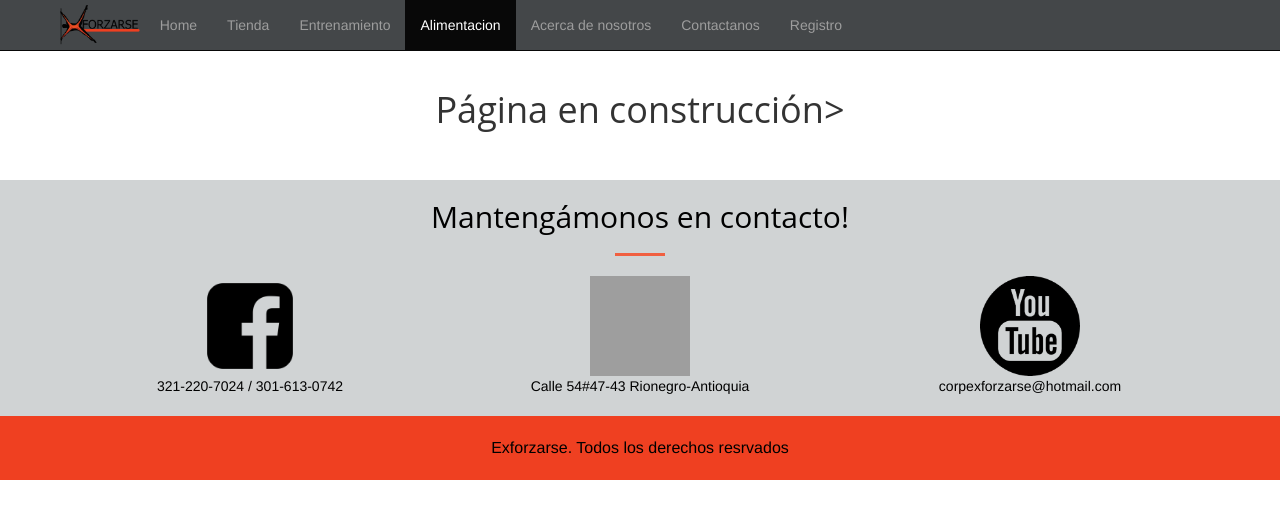
Repository: mahc36/exforzarse
Page: Exforzarse/WebContent/paginas/dietas.html
An editor plug-in stored every save of this project. The page is shown before and after the next save, followed by the edit.
The browser window is 1280 px wide. The pictures show the whole page.
Pictures or frames that could not be fetched are drawn as grey boxes. Some web libraries are served in a nearby version.

Above is the page before, as saved 2017-08-19 16:27:28.

After the next save:
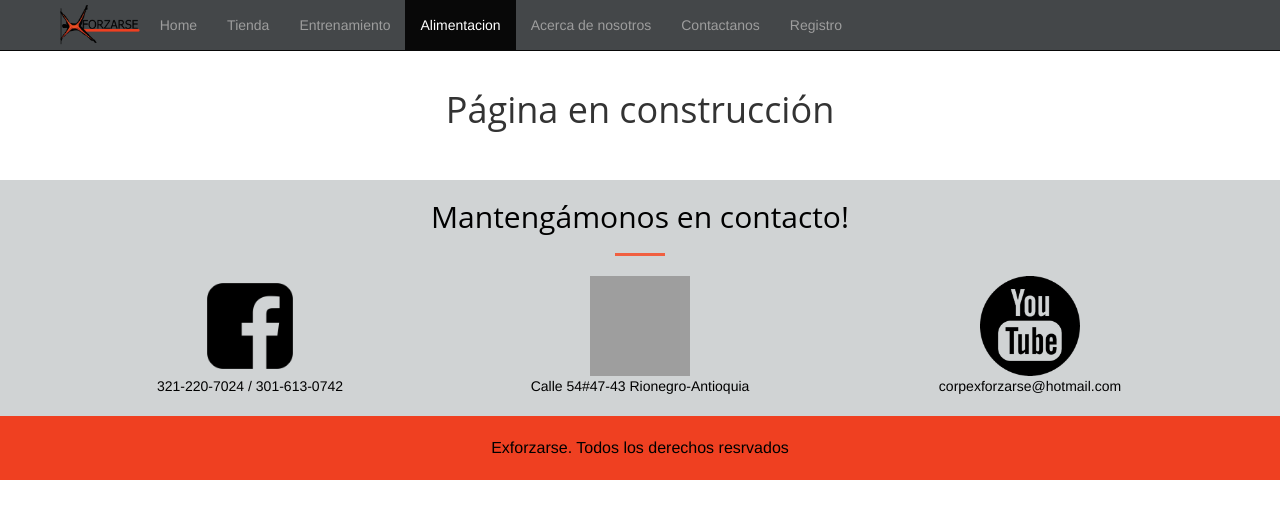
Saved 6 s later.
--- a/Exforzarse/WebContent/paginas/dietas.html
+++ b/Exforzarse/WebContent/paginas/dietas.html
@@ -54,7 +54,7 @@
     </nav>
 
     <div>
-    	<h1 class="text-center">Página en construcción></h1>
+    	<h1 class="text-center">Página en construcción</h1>
     </div>
 
     <br><br>
